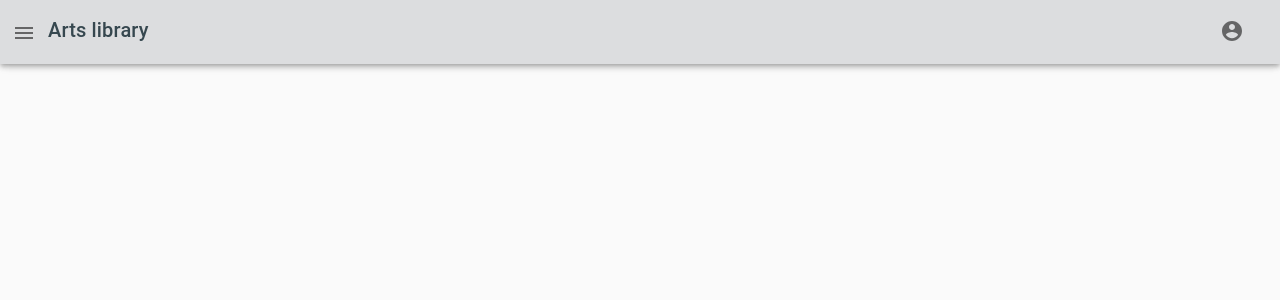
Repository: milosKomiRajkovic94/library-of-known-art
Page: /
The author's editor kept a copy of each file at every save. The page is drawn from the files as they stood at one save, then again after the next save.
The browser window is 1280 px wide. The pictures show the whole page.
The project was rebuilt for these pictures with package versions that can differ from the ones it lists, and the page was loaded fresh each time.

Above is the page before, as saved 2020-03-05 11:24:56.

After the next save:
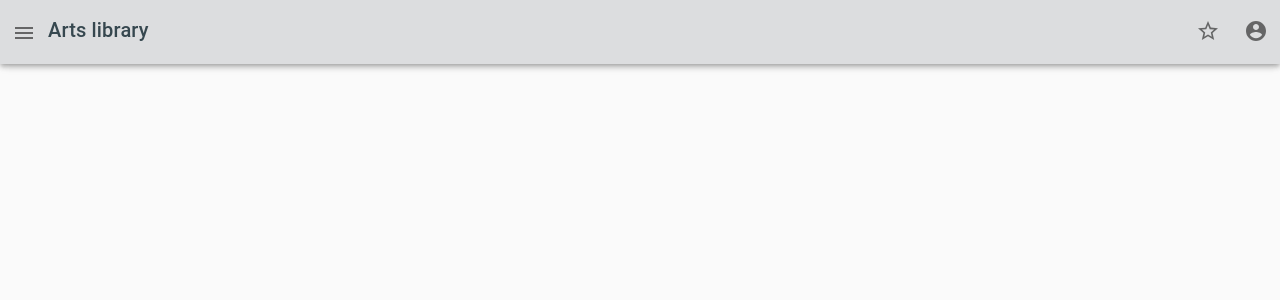
Saved 3 min 13 s later.
--- a/src/components/HeaderComponents/HeaderContainer.js
+++ b/src/components/HeaderComponents/HeaderContainer.js
@@ -9,6 +9,8 @@ import Typography from '@material-ui/core/Typography';
 import MenuIcon from '@material-ui/icons/Menu';
 
 import AccountCircleIcon from '@material-ui/icons/AccountCircle';
+
+import StarOutlineIcon from '@material-ui/icons/StarOutline';
 
 import IconButton from '@material-ui/core/IconButton';
 
@@ -39,11 +41,12 @@ class HeaderContainer extends React.Component{
                     className={'menuHeaderIcons'}
                 >
                     <IconButton>
+                        <StarOutlineIcon />
+                    </IconButton>
+                    <IconButton>
                         <AccountCircleIcon />
                     </IconButton>
-                    <IconButton>
 
-                    </IconButton>
                 </div>
             </AppBar>
         )
